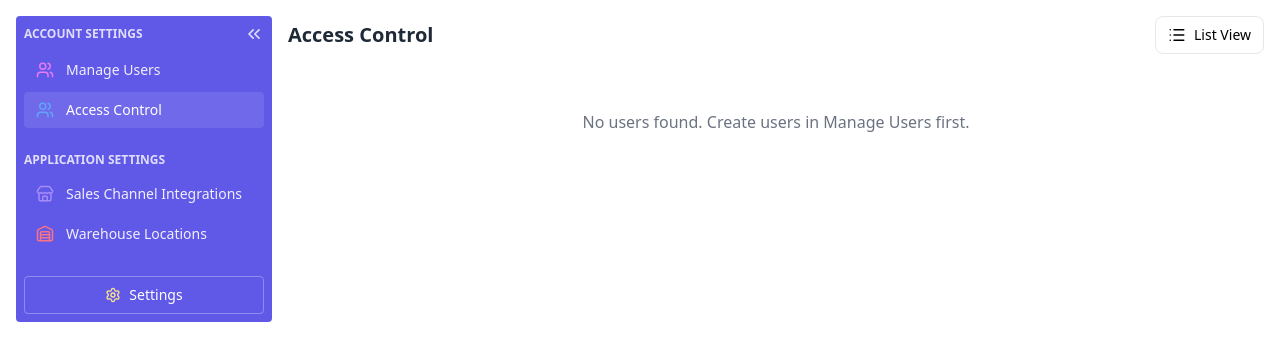
Repository: gofaiz23-dotcom/fhs_tech_frontend
Page: /settings/access-control
An editor plug-in stored every save of this project. The page is shown before and after the next save, followed by the edit.
The browser window is 1280 px wide. The pictures show the whole page.
The project was rebuilt for these pictures with package versions that can differ from the ones it lists, and the page was loaded fresh each time. The framework's server and built-in components were replaced by stand-ins that run in the browser. Also part of the build but not shown: next.config.ts.

Above is the page before, as saved 2025-10-02 17:04:24.

After the next save:
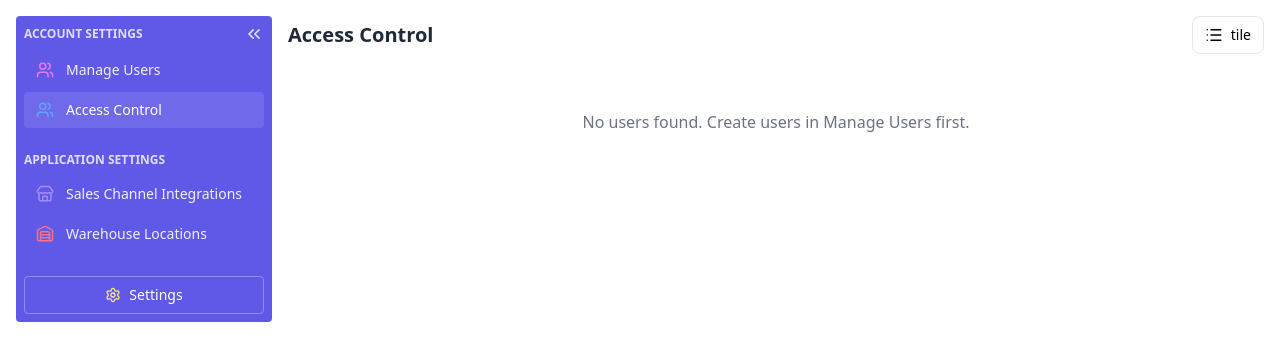
Saved 68 s later.
--- a/app/settings/access-control/page.tsx
+++ b/app/settings/access-control/page.tsx
@@ -106,7 +106,7 @@
             title={`Switch to ${viewMode === 'tile' ? 'list' : 'tile'} view`}
           >
             {viewMode === 'tile' ? <List size={18} /> : <Grid3X3 size={18} />}
-            <span className="text-sm">{viewMode === 'tile' ? 'List View' : 'Tile View'}</span>
+            <span className="text-sm">{viewMode === 'List View' ? 'tile' : 'tile'}</span>
           </button>
         </div>
 

After the save that followed:
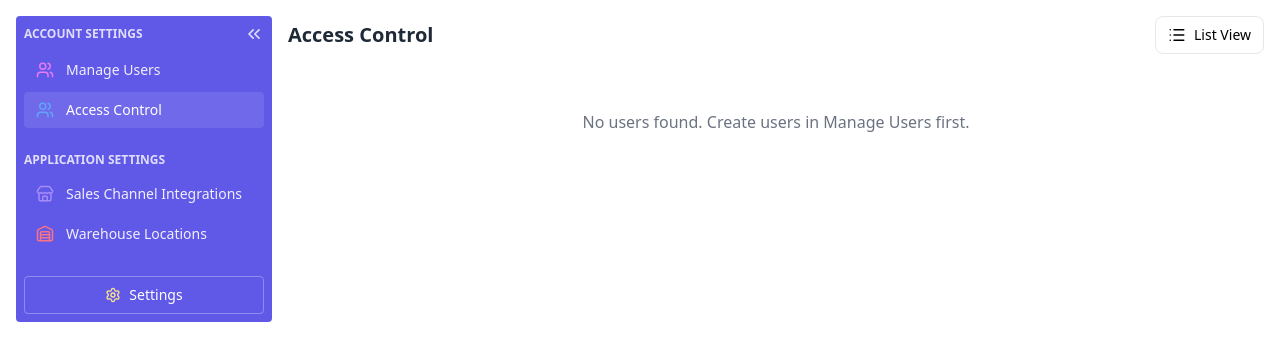
Saved 38 s later.
--- a/app/settings/access-control/page.tsx
+++ b/app/settings/access-control/page.tsx
@@ -101,12 +101,12 @@
         <div className="flex items-center justify-between">
           <h2 className="text-xl font-semibold text-gray-800">Access Control</h2>
           <button
-            onClick={() => setViewMode(viewMode === 'tile' ? 'list' : 'tile')}
+            onClick={() => setViewMode(viewMode === 'list' ? 'tile' : 'list')}
             className="flex items-center gap-2 px-3 py-2 border rounded-lg hover:bg-gray-50 transition-colors"
             title={`Switch to ${viewMode === 'tile' ? 'list' : 'tile'} view`}
           >
             {viewMode === 'tile' ? <List size={18} /> : <Grid3X3 size={18} />}
-            <span className="text-sm">{viewMode === 'List View' ? 'tile' : 'tile'}</span>
+            <span className="text-sm">{viewMode === 'tile' ? 'List View' : 'Tile View'}</span>
           </button>
         </div>
 
